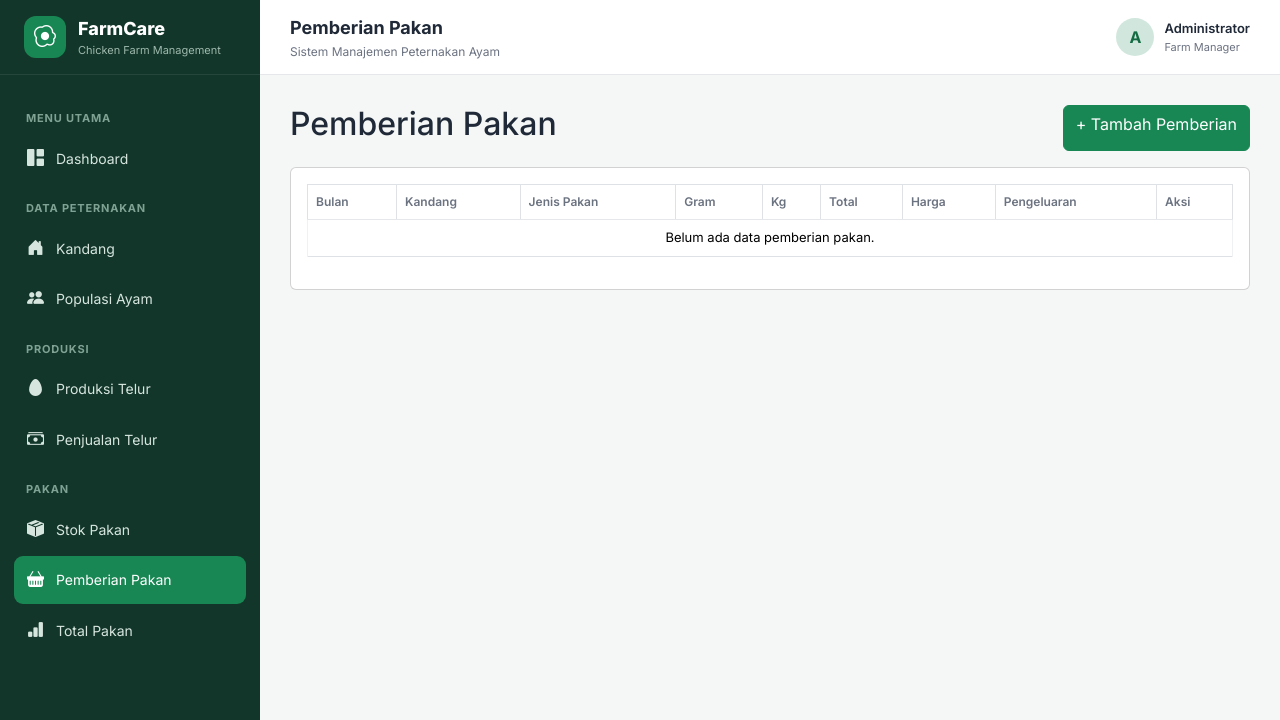
Repository: syafira-nur25/bukanayampart1
Page: http://localhost/pemberian-pakan
The author's editor kept a copy of each file at every save. The page is drawn from the files as they stood at one save, then again after the next save.
The browser window is 1280 px wide. The pictures show the whole page.
The page is served by the project's Laravel application, run on PHP 8.4 with Laravel 12. A made-up administrator, Test User (test@example.com), is signed in. Queries for data that is not in the repository find no rows.

Above is the page before, as saved 2026-08-13 09:43:02.

After the next save:
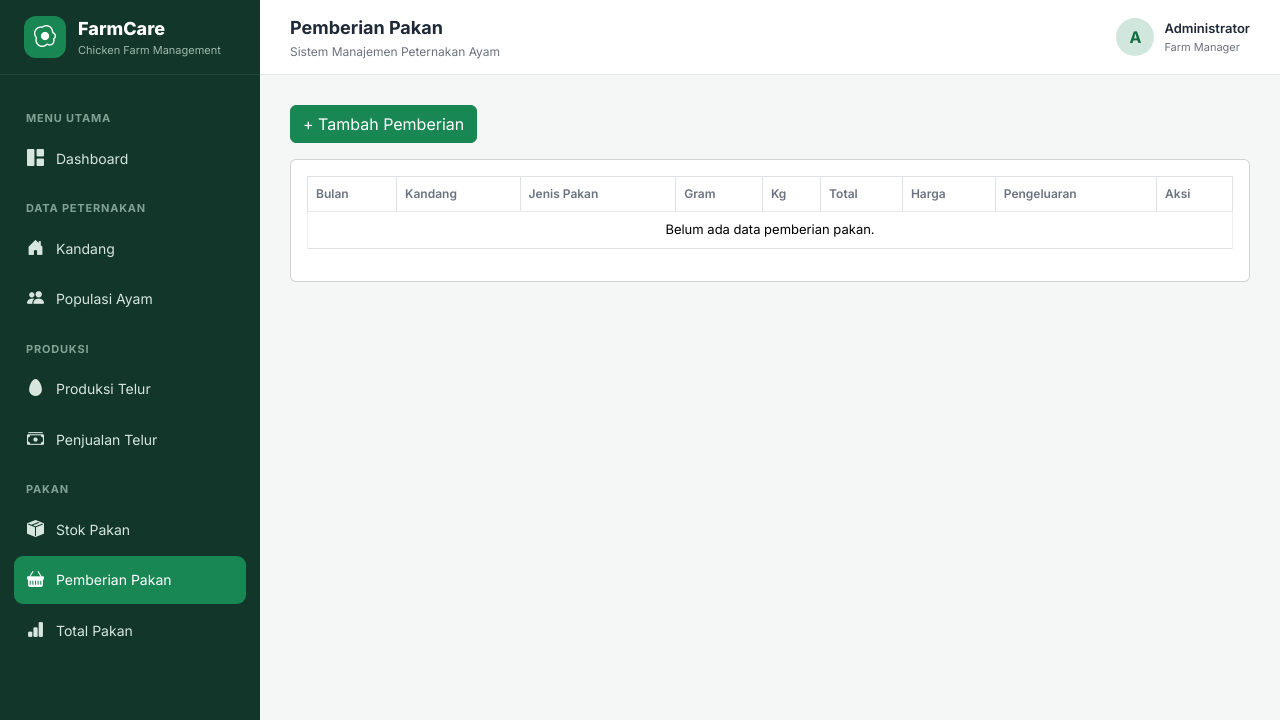
Saved 8 s later.
--- a/resources/views/pemberian_pakan/index.blade.php
+++ b/resources/views/pemberian_pakan/index.blade.php
@@ -5,8 +5,6 @@
 @section('content')
 
 <div class="d-flex justify-content-between mb-3">
-
-    <h2>Pemberian Pakan</h2>
 
     <a
         href="{{ route('pemberian-pakan.create') }}"
